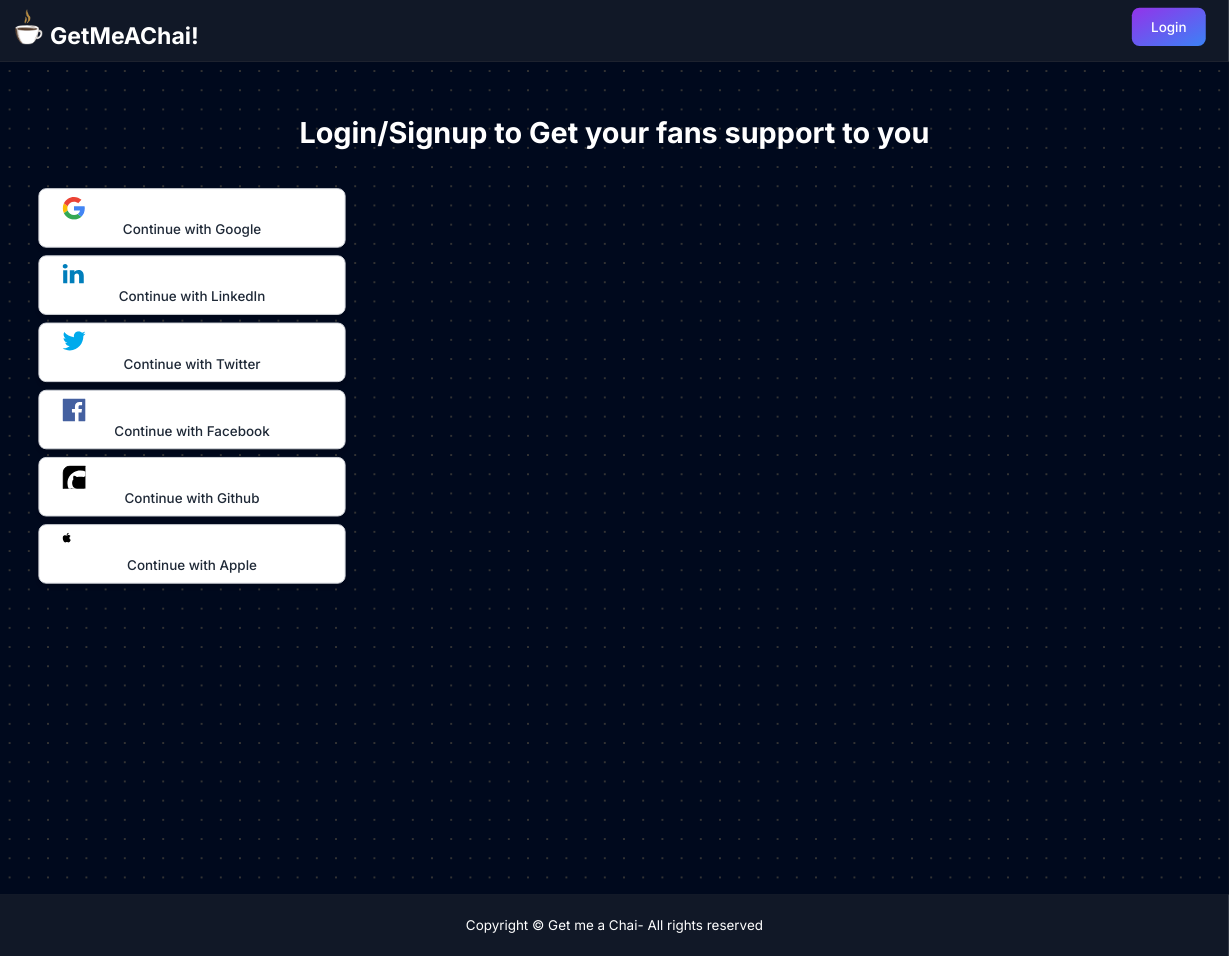
Repository: sarthaktomar579/saharaWorks
Page: /login
These files come from the project's save history. The page is drawn as it stood at one moment and after a run of saves; the edit follows.
The browser window is 1280 px wide. The pictures show the whole page, at 96% of full size.
The project was rebuilt for these pictures with package versions that can differ from the ones it lists, and the page was loaded fresh each time. The framework's server and built-in components were replaced by stand-ins that run in the browser. Also part of the build but not shown: next.config.mjs.

Above is the page before, as saved 2024-08-31 20:52:36.

After the next 2 saves:
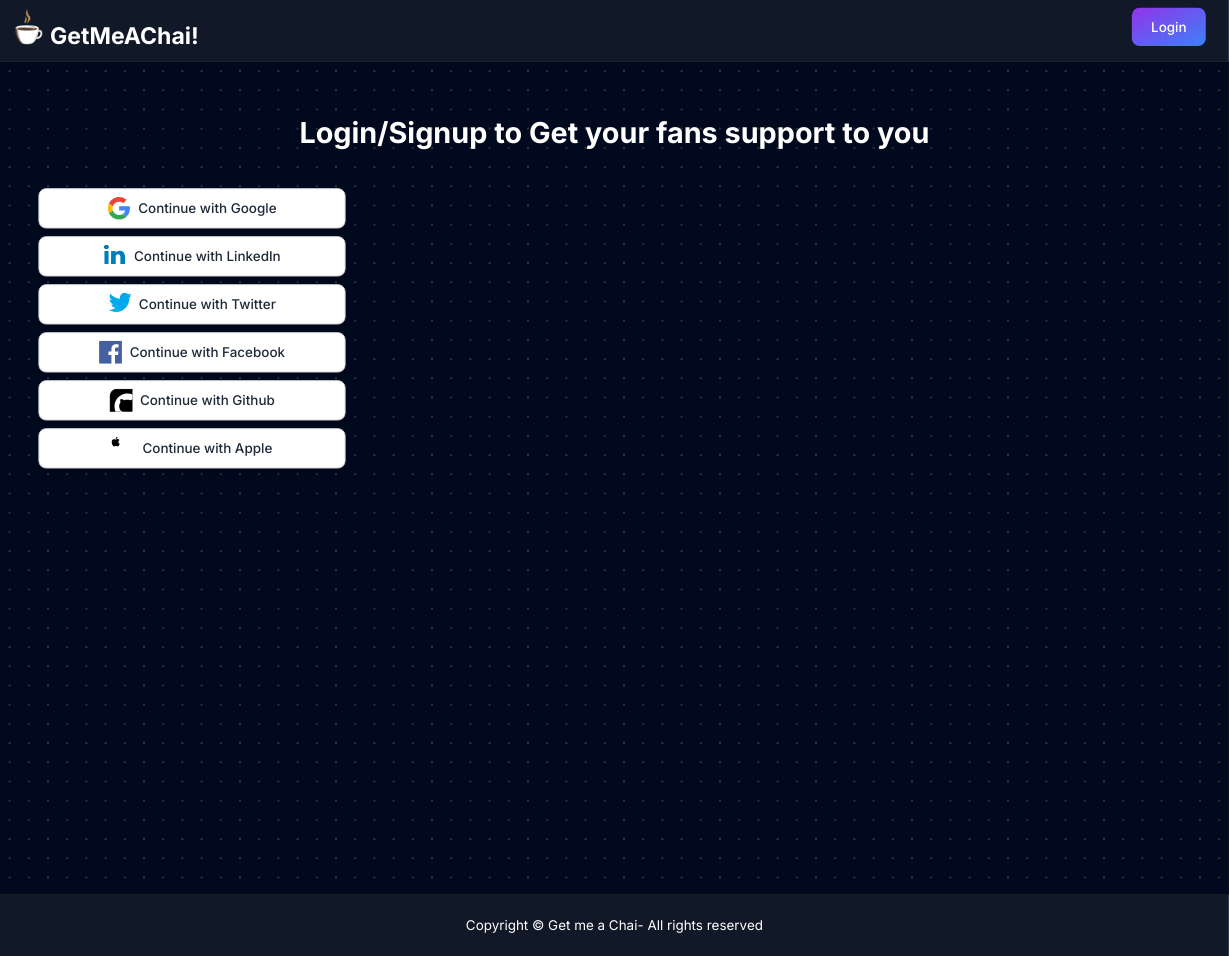
The 2 saves are shown as one change because they came seconds apart.
The last was saved 6 s later.
--- a/app/login/page.js
+++ b/app/login/page.js
@@ -10,7 +10,7 @@
 
 
                 <button
-                    className="  w-80 border bg-white border-gray-300 rounded-lg shadow-md max-w-xs px-6 py-2 text-sm font-medium text-gray-800 hover:bg-gray-200 focus:outline-none focus:ring-2 focus:ring-offset-2 focus:ring-gray-500">
+                    className="flex items-center justify-center w-80 border bg-white border-gray-300 rounded-lg shadow-md max-w-xs px-6 py-2 text-sm font-medium text-gray-800 hover:bg-gray-200 focus:outline-none focus:ring-2 focus:ring-offset-2 focus:ring-gray-500">
                     <svg className="h-6 w-6 mr-2" xmlns="http://www.w3.org/2000/svg" viewBox="-0.5 0 48 48" version="1.1">
 
                         <g id="Icons" stroke="none" stroke-width="1" fill="none" fill-rule="evenodd">
@@ -37,7 +37,7 @@
 
 
                 <button
-                    className="   border bg-white border-gray-300 rounded-lg shadow-md max-w-xs px-6 py-2 text-sm font-medium text-gray-800 hover:bg-gray-200 focus:outline-none focus:ring-2 focus:ring-offset-2 focus:ring-gray-500">
+                    className="flex items-center justify-center  border bg-white border-gray-300 rounded-lg shadow-md max-w-xs px-6 py-2 text-sm font-medium text-gray-800 hover:bg-gray-200 focus:outline-none focus:ring-2 focus:ring-offset-2 focus:ring-gray-500">
                     <svg className="h-6 w-6 mr-2" xmlns="http://www.w3.org/2000/svg" viewBox="-0.5 0 48 48" version="1.1">
                         <g id="Icons" stroke="none" stroke-width="1" fill="none" fill-rule="evenodd">
                             <g id="Color-" transform="translate(-702.000000, -265.000000)" fill="#007EBB">
@@ -53,7 +53,7 @@
 
 
                 <button
-                    className="   border bg-white border-gray-300 rounded-lg shadow-md max-w-xs px-6 py-2 text-sm font-medium text-gray-800 hover:bg-gray-200 focus:outline-none focus:ring-2 focus:ring-offset-2 focus:ring-gray-500">
+                    className="flex items-center justify-center  border bg-white border-gray-300 rounded-lg shadow-md max-w-xs px-6 py-2 text-sm font-medium text-gray-800 hover:bg-gray-200 focus:outline-none focus:ring-2 focus:ring-offset-2 focus:ring-gray-500">
                     <svg className="h-6 w-6 mr-2" xmlns="http://www.w3.org/2000/svg" viewBox="-0.5 0 48 48" version="1.1">
                         <g id="Icons" stroke="none" stroke-width="1" fill="none" fill-rule="evenodd">
                             <g id="Color-" transform="translate(-300.000000, -164.000000)" fill="#00AAEC">
@@ -71,7 +71,7 @@
 
 
                 <button
-                    className="   border bg-white border-gray-300 rounded-lg shadow-md max-w-xs px-6 py-2 text-sm font-medium text-gray-800 hover:bg-gray-200 focus:outline-none focus:ring-2 focus:ring-offset-2 focus:ring-gray-500">
+                    className="flex items-center justify-center  border bg-white border-gray-300 rounded-lg shadow-md max-w-xs px-6 py-2 text-sm font-medium text-gray-800 hover:bg-gray-200 focus:outline-none focus:ring-2 focus:ring-offset-2 focus:ring-gray-500">
                    <svg className="h-6 w-6 mr-2" xmlns="http://www.w3.org/2000/svg" viewBox="-0.5 0 48 48" version="1.1">
                         <g id="Icons" stroke="none" stroke-width="1" fill="none" fill-rule="evenodd">
                             <g id="Color-" transform="translate(-200.000000, -160.000000)" fill="#4460A0">
@@ -89,7 +89,7 @@
 
 
                 <button
-                    className="   border bg-white border-gray-300 rounded-lg shadow-md max-w-xs px-6 py-2 text-sm font-medium text-gray-800 hover:bg-gray-200 focus:outline-none focus:ring-2 focus:ring-offset-2 focus:ring-gray-500">
+                    className="flex items-center justify-center  border bg-white border-gray-300 rounded-lg shadow-md max-w-xs px-6 py-2 text-sm font-medium text-gray-800 hover:bg-gray-200 focus:outline-none focus:ring-2 focus:ring-offset-2 focus:ring-gray-500">
                    <svg className="h-6 w-6 mr-2" xmlns="http://www.w3.org/2000/svg" viewBox="-0.5 0 48 48" version="1.1">
                         <g id="team-collaboration/version-control/github" stroke="none" stroke-width="1" fill="none"
                             fill-rule="evenodd">
@@ -112,7 +112,7 @@
 
 
                 <button
-                    className="   border bg-white border-gray-300 rounded-lg shadow-md max-w-xs px-6 py-2 text-sm font-medium text-gray-800 hover:bg-gray-200 focus:outline-none focus:ring-2 focus:ring-offset-2 focus:ring-gray-500">
+                    className="flex items-center justify-center  border bg-white border-gray-300 rounded-lg shadow-md max-w-xs px-6 py-2 text-sm font-medium text-gray-800 hover:bg-gray-200 focus:outline-none focus:ring-2 focus:ring-offset-2 focus:ring-gray-500">
                    <svg className="h-6 w-6 mr-2" xmlns="http://www.w3.org/2000/svg" viewBox="-0.5 0 48 48" version="1.1">
                         <g id="Page-1" stroke="none" stroke-width="1" fill="none" fill-rule="evenodd">
                             <g id="Dribbble-Light-Preview" transform="translate(-102.000000, -7439.000000)" fill="#000000">
